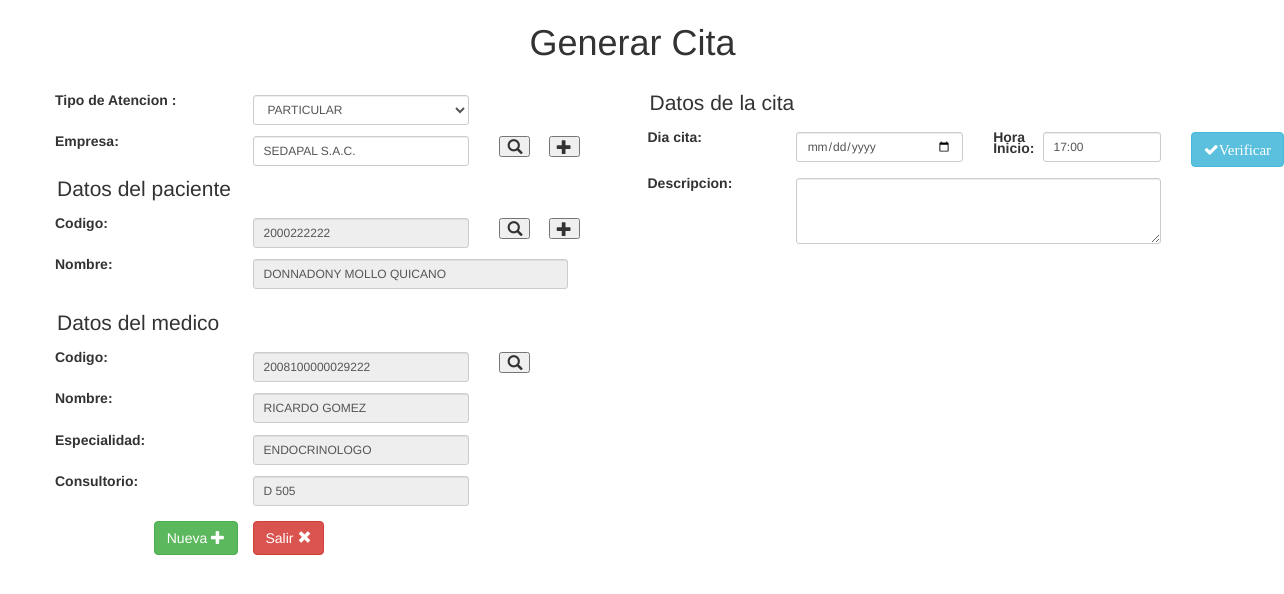
Repository: Donyx10/ADSII-ProyectoClinica
Page: http://localhost/AvanceWeb/GeneraCitaMedica.jsp
The author's editor kept a copy of each file at every save. The page is drawn from the files as they stood at one save, then again after the next save.
The browser window is 1280 px wide. The page is 1284 px wide, so the pictures cover 1284 px, including what lies to the right of the window. The pictures show the whole page.
Some web fonts or font styles are not loaded; a fallback is used. The page is served by Tomcat 9. Other server files are loaded and not shown.

Above is the page before, as saved 2018-06-04 05:46:31.

### WebDemo/AvanceWeb/WebContent/GeneraCitaMedica.jsp
<!DOCTYPE html>
<html lang="esS">
<head>
<meta charset="UTF-8">
<meta name="viewport"
	content="width=device-width, initial-scale=1, maximum-scale=1, user-scalable=no">
<script type="text/javascript" src="js/jquery.min.js"></script>
<script type="text/javascript" src="js/jquery.dataTables.min.js"></script>
<script type="text/javascript" src="js/dataTables.bootstrap.min.js"></script>
<script type="text/javascript" src="js/bootstrap.min.js"></script>
<script type="text/javascript" src="js/bootstrapValidator.js"></script>
<link rel="stylesheet" href="css/bootstrap.css" />
<link rel="stylesheet" href="css/dataTables.bootstrap.min.css" />
<link rel="stylesheet" href="css/style.css" />
<link rel="stylesheet" href="css/bootstrapValidator.css" />
<link rel="stylesheet"
	href="https://cdnjs.cloudflare.com/ajax/libs/font-awesome/4.7.0/css/font-awesome.min.css">
<title>Generar Cita</title>

</head>
<body>

	<div class="container" style="padding-top: 3px; line-height: 0.8; padding-left: 0.01px;">
		<h1 align="center">Generar Cita</h1>
		<br>
		<br>
		<form action="generarCita" id="id_form">
			<div class="form-group row">
				<div class="col-md-6" >

					<div class="form-group row" align="left" id="atencion">
						<div class="col-md-12" >
							<div class="row">
								<div class="col-md-4">
									<label for="atencion">Tipo de Atencion : </label>
								</div>
								<div class="col-md-5">
									<select class="form-control input-sm" style="">
										<option>PARTICULAR
										<option>EPS
										<option>SEGURO
									</select>
								</div>
							</div>
							<br>
							<div class="row">
									<div class="col-md-4">
										<label class="" for="id_codigo">Empresa:</label>
									</div>
									<div class="col-md-5">
										<input class="form-control input-sm" type="text"
											value="SEDAPAL S.A.C." id="" name=""
											placeholder="Ingrese el codigo">
									</div>
									<div class="col-md-1" align="right">
										<button style="font-size: 15px">
											<i class="glyphicon glyphicon-search"></i>
										</button>
									</div>
									<div class="col-sm-1">
										<button style="font-size: 15px">
											<i class="glyphicon glyphicon-plus"></i>
										</button>
									</div>
								</div>

						</div>
					</div>

					<div class="form-group row" align="left" id="paciente">
						<div class="col-md-12" >
							<fieldset>
								<legend>Datos del paciente</legend>
								<div class="row">
									<div class="col-md-4">
										<label class="" for="id_codigo">Codigo:</label>
									</div>
									<div class="col-md-5">
										<input class="form-control input-sm" type="text" readonly="readonly"
											value="2000222222" id="" name=""
											placeholder="Ingrese el codigo">
									</div>
									<div class="col-md-1" align="right">
										<button style="font-size: 15px">
											<i class="glyphicon glyphicon-search"></i>
										</button>
									</div>
									<div class="col-sm-1">
										<button style="font-size: 15px">
											<i class="glyphicon glyphicon-plus"></i>
										</button>
									</div>
								</div>
								<br>
								<div class="row">
									<div class="col-md-4">
										<label class="" for="">Nombre:</label>
									</div>
									<div class="col-md-7">
										<input class="form-control input-sm" type="text" readonly="readonly"
											value="DONNADONY MOLLO QUICANO" id="" name=""
											placeholder="Ingrese el nombre" size="30">
									</div>
								</div>

							</fieldset>
						</div>

					</div>

					<br>
					<div class="form-group row" id="cita" >
						<div class="col-md-12">
						<fieldset>
								<legend>Datos del medico</legend>

								<div class="row">
									<div class="col-md-4">
										<label class="" for="id_codigo">Codigo:</label>
									</div>
									<div class="col-md-5">
										<input class="form-control input-sm" type="text" readonly="readonly"
											id="id_codigo" value="2008100000029222"
											name="computadora.nombre" placeholder="Ingrese el codigo">

									</div>
									<div class="col-md-1">
										<button style="font-size: 15px">
											<i class="glyphicon glyphicon-search"></i>
										</button>
									</div>
								</div>
								<br>
								<div class="row">
									<div class="col-md-4">
										<label class="" for="">Nombre:</label>
									</div>
									<div class="col-md-5">
										<input class="form-control input-sm" type="text" id="" readonly="readonly"
											value="RICARDO GOMEZ" name="" placeholder="Ingrese el nombre">
									</div>
								</div>
								<br>
								<div class="row">
									<div class="col-md-4">
										<label class="" for="">Especialidad:</label>
									</div>
									<div class="col-md-5">
										<input class="form-control input-sm" type="text" id="" name="" readonly="readonly"
											value="ENDOCRINOLOGO" placeholder="Ingrese la especialidad">
									</div>
								</div>
								<br>
								<div class="row">
									<div class="col-md-4">
										<label class="" for="">Consultorio:</label>
									</div>
									<div class="col-md-5">
										<input class="form-control input-sm" type="text" id="" name="" readonly="readonly"
											value="D 505" placeholder="Ingrese el consultorio">
									</div>
								</div>
							</fieldset>

						</div>
					</div>
					<div class="form-group row" id="botones">
						<div class="col-md-2" align="center"></div>
						<div class="col-md-2" align="center">
							<button type="submit" class="btn btn-success">
								Nueva <span class="glyphicon glyphicon-plus"></span>
							</button>
						</div>
						<div class="col-md-2" align="center">
							<button type="submit" class="btn btn-danger">
								Salir <span class="glyphicon glyphicon-remove"></span>
							</button>
						</div>
					</div>
				</div>
				<div class="col-md-6" >
					<div class="form-group row" id="medico"
						>
						<div class="col-md-12" >
							<fieldset>
								<legend>Datos de la cita </legend>
								<!--
								<div class="row">
									<div class="col-md-3">
										<label class="" for="">Especialidad:</label>
									</div>
									<div class="col-md-4">
										<select class="form-control input-sm">
											<option>TRAUMATOLOGIA
											<option>CIRUJIA
											<option>GINECOLOGIA
										</select>
									</div>
								</div>
								<br>
								 -->
								<!--
						<div class="row">
							<div class="col-md-3">
								<label class="" for="">Numero:</label>
							</div>
							<div class="col-md-3">
								<input class="form-control" type="text" id="" name="" value="001-000029"
									size="10" placeholder="Numero">
							</div>
						</div>
						<br>-->
								<div class="row">
									<div class="col-md-3">
										<label class="" for="id_codigo">Dia cita:</label>
									</div>
									<div class="col-md-4">
										<input class="form-control input-sm" type="date" id=""
											value="5/18/2018" name="" placeholder="Dia" size="10">

									</div>

									<div class="col-md-1">
										<label class="" for="id_codigo">Hora Inicio:</label>
									</div>
									<div class="col-md-3">
										<input class="form-control input-sm" type="text" id="" name=""
											value="17:00" placeholder="Hora" size="10">

									</div>
									<div class="col-md-1">
										<button style="font-size: 15px" class="btn btn-info">
											<i class="fa fa-check">Verificar</i>
										</button>

									</div>
								</div>
								<br>
								<div class="row">
									<div class="col-md-3">
										<label class="" for="">Descripcion:</label>
									</div>
									<div class="col-lg-8">
										<textarea class="form-control input-sm" rows="3" id="comment"></textarea>
									</div>
								</div>
							</fieldset>
						</div>
					</div>
				</div>
			</div>
		</form>
	</div>
</body>
</html>

### WebDemo/AvanceWeb/WebContent/css/style.css


.table-fixed {
	width: 100%;
	background-color: #f3f3f3;
}

.table-fixed tbody {
	height: 120px;
	overflow-y: auto;
	width: 100%;
}

.table-fixed thead, .table-fixed tbody, .table-fixed tr, .table-fixed td,
	.table-fixed th {
	display: block;
}

.table-fixed tbody td {
	float: left;
}

.table-fixed thead tr th {
	float: left;
	background-color: #f39c12;
	border-color: #e67e22;
}

legend {
    display: block;
    padding-left: 2px;
    padding-right: 2px;
    border: none;
}

Loaded but not shown: WebDemo/AvanceWeb/WebContent/js/jquery.min.js (library); WebDemo/AvanceWeb/WebContent/js/jquery.dataTables.min.js (library); WebDemo/AvanceWeb/WebContent/js/dataTables.bootstrap.min.js (common file); WebDemo/AvanceWeb/WebContent/js/bootstrap.min.js (library); WebDemo/AvanceWeb/WebContent/js/bootstrapValidator.js (library); WebDemo/AvanceWeb/WebContent/css/bootstrap.css (library); WebDemo/AvanceWeb/WebContent/css/dataTables.bootstrap.min.css (library); WebDemo/AvanceWeb/WebContent/css/bootstrapValidator.css (common file)

After the next save:
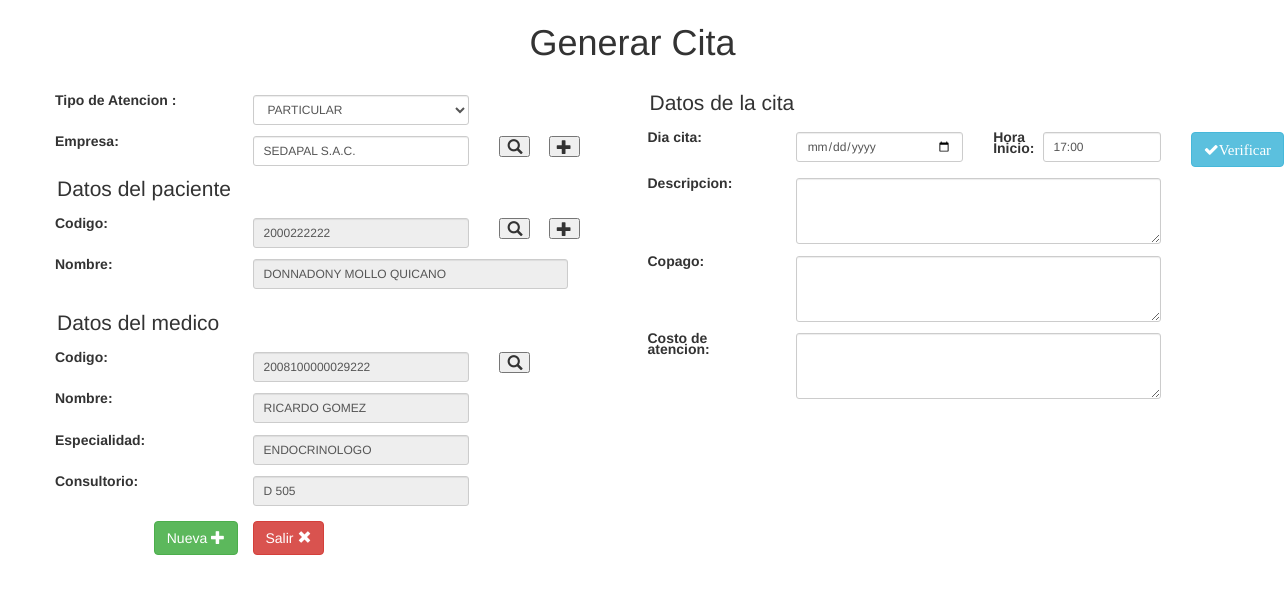
Saved 4 min 20 s later.
--- a/WebDemo/AvanceWeb/WebContent/GeneraCitaMedica.jsp
+++ b/WebDemo/AvanceWeb/WebContent/GeneraCitaMedica.jsp
@@ -244,6 +244,24 @@
 										<textarea class="form-control input-sm" rows="3" id="comment"></textarea>
 									</div>
 								</div>
+								<br>
+								<div class="row">
+									<div class="col-md-3">
+										<label class="" for="">Copago:</label>
+									</div>
+									<div class="col-lg-8">
+										<textarea class="form-control input-sm" rows="3" id="comment"></textarea>
+									</div>
+								</div>
+								<br>
+								<div class="row">
+									<div class="col-md-3">
+										<label class="" for="">Costo de atencion:</label>
+									</div>
+									<div class="col-lg-8">
+										<textarea class="form-control input-sm" rows="3" id="comment"></textarea>
+									</div>
+								</div>
 							</fieldset>
 						</div>
 					</div>
